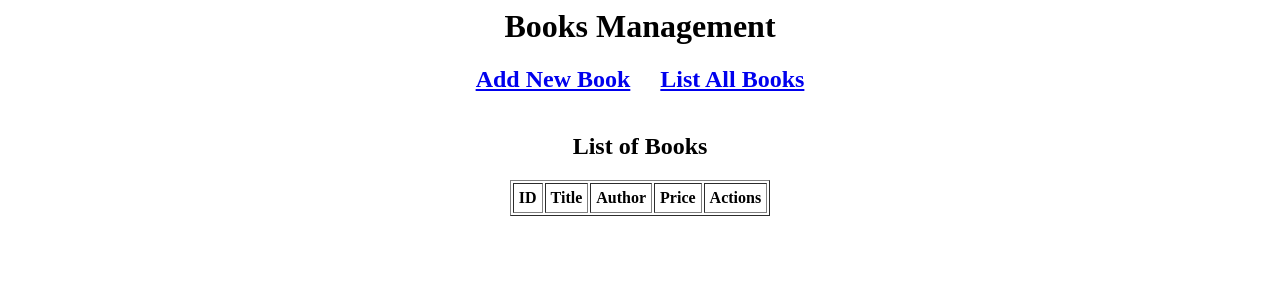
Repository: ntheanh201/A-D-Labs
Page: http://localhost/Lab1-Pro5/book-list.jsp
The author's editor kept a copy of each file at every save. The page is drawn from the files as they stood at one save, then again after the next save.
The browser window is 1280 px wide. The pictures show the whole page.
The page is served by Tomcat 9. Other server files are loaded and not shown. The template is opened directly, without the code that normally fills it, so the values that code supplies are empty.

Above is the page before, as saved 2020-09-21 08:18:48.

### Lab1-Pro5/WebContent/book-list.jsp
<%--
    Document   : BookList
    Created on : Sep 21, 2020, 3:17:19 AM
    Author     : Thu Uyen
--%>

<%@ page language="java" contentType="text/html; charset=UTF-8"
    pageEncoding="UTF-8"%>
<%@ taglib uri="http://java.sun.com/jsp/jstl/core" prefix="c" %>
<html>
<head>
    <title>Books Store Application</title>
</head>
<body>
    <center>
        <h1>Books Management</h1>
        <h2>
            <a href="new">Add New Book</a>
            &nbsp;&nbsp;&nbsp;
            <a href="list">List All Books</a>

        </h2>
    </center>
    <div align="center">
        <table border="1" cellpadding="5">
            <caption><h2>List of Books</h2></caption>
            <tr>
                <th>ID</th>
                <th>Title</th>
                <th>Author</th>
                <th>Price</th>
                <th>Actions</th>
            </tr>
            <c:forEach var="book" items="${listBook}">
                <tr>
                    <td><c:out value="${book.id}" /></td>
                    <td><c:out value="${book.title}" /></td>
                    <td><c:out value="${book.author}" /></td>
                    <td><c:out value="${book.price}" /></td>
                    <td>
                        <a href="/edit?id=<c:out value='${book.id}' />">Edit</a>
                        &nbsp;&nbsp;&nbsp;&nbsp;
                        <a href="/delete?id=<c:out value='${book.id}' />">Delete</a>
                    </td>
                </tr>
            </c:forEach>
        </table>
    </div>
</body>
</html>

After the next save:
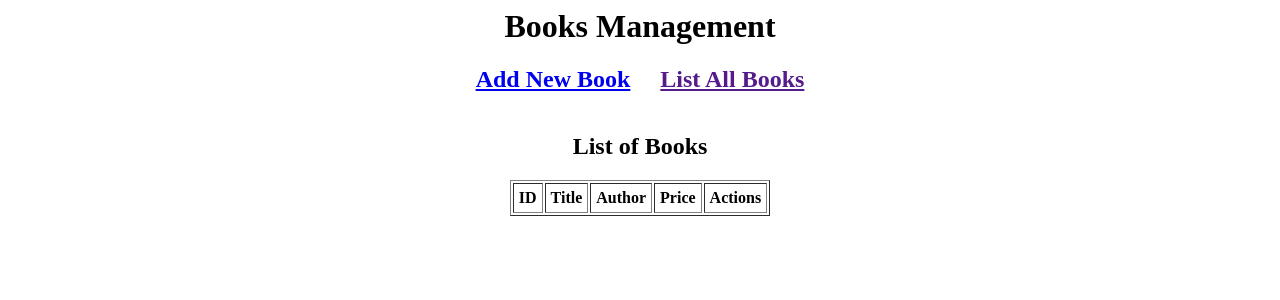
Saved 105 s later.
--- a/Lab1-Pro5/WebContent/book-list.jsp
+++ b/Lab1-Pro5/WebContent/book-list.jsp
@@ -17,7 +17,7 @@
         <h2>
             <a href="new">Add New Book</a>
             &nbsp;&nbsp;&nbsp;
-            <a href="list">List All Books</a>
+            <a href="">List All Books</a>
 
         </h2>
     </center>
